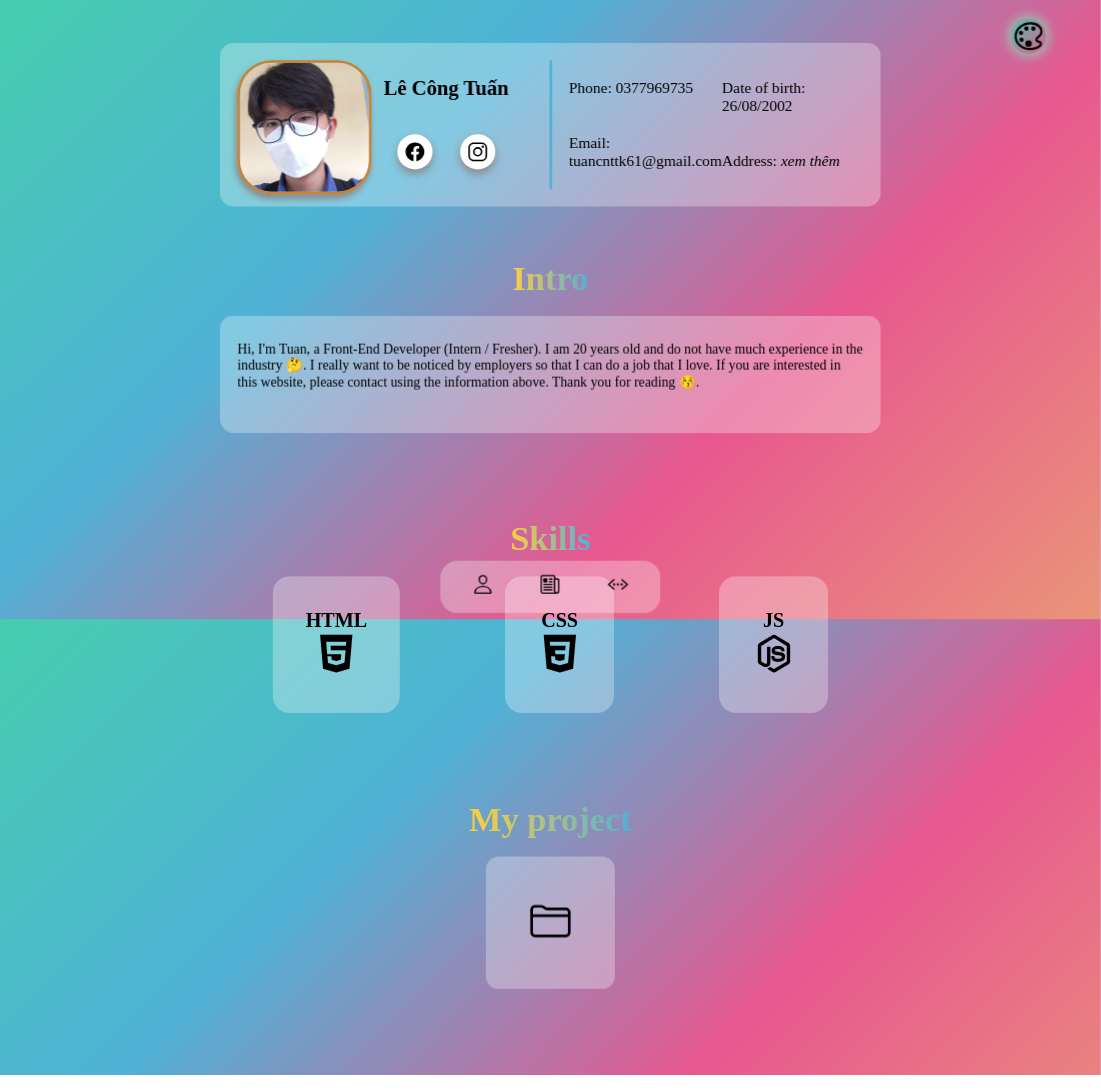
Repository: LeCongTuan2608/Profile
Page: index.html
An editor plug-in stored every save of this project. The page is shown before and after the next save, followed by the edit.
The browser window is 1280 px wide. The pictures show the whole page, at 86% of full size.
Backgrounds fixed to the window are drawn as part of the page. The style sheet was rebuilt from its Sass, Less or Tailwind sources for each picture, by a compiler version that may differ from the author's.

Above is the page before, as saved 2022-05-05 11:52:34.

### index.html
<!DOCTYPE html>
<html lang="en">
   <head>
      <meta charset="UTF-8" />
      <meta http-equiv="X-UA-Compatible" content="IE=edge" />
      <meta name="viewport" content="width=device-width, initial-scale=1.0" />

      <script type="module" src="https://unpkg.com/ionicons@5.5.2/dist/ionicons/ionicons.esm.js"></script>
      <script nomodule src="https://unpkg.com/ionicons@5.5.2/dist/ionicons/ionicons.js"></script>

      <link rel="preconnect" href="https://fonts.googleapis.com" />
      <link rel="preconnect" href="https://fonts.gstatic.com" crossorigin />
      <link href="https://fonts.googleapis.com/css2?family=Pacifico&display=swap" rel="stylesheet" />

      <link href="https://unpkg.com/aos@2.3.1/dist/aos.css" rel="stylesheet" />
      <script src="https://unpkg.com/aos@2.3.1/dist/aos.js"></script>

      <link rel="stylesheet" href="./sass/css/style.css" />
      <title>Profile</title>
   </head>
   <body>
      <div class="container">
         <div class="palette">
            <ion-icon name="color-palette-outline"></ion-icon>
            <div class="list-color">
               <ul>
                  <li class="bgr-color"></li>
                  <li class="bgr-color"></li>
                  <li class="bgr-color"></li>
               </ul>
            </div>
         </div>

         <div class="contents">
            <div data-aos="flip-left" data-aos-duration="1500">
               <div class="card-info">
                  <div class="personal-information">
                     <div class="image">
                        <div class="user-image">
                           <img src="./images/1.JPG" alt="" />
                        </div>
                        <div class="user-intro">
                           <h2>Lê Công Tuấn</h2>
                           <div class="user-intro-navigation">
                              <div class="navigation-fb">
                                 <a href="https://www.facebook.com/profile.php?id=100026041985048"
                                    ><ion-icon name="logo-facebook"></ion-icon
                                 ></a>
                                 <span>facebook</span>
                              </div>
                              <div class="navigation-ins">
                                 <a href="https://www.instagram.com/tuanle2608/"
                                    ><ion-icon name="logo-instagram"></ion-icon
                                 ></a>
                                 <span>instagram</span>
                              </div>
                           </div>
                        </div>
                     </div>
                     <div class="contact">
                        <div class="contact-info">
                           <span>Phone: 0377969735</span>
                           <span>Email: tuancnttk61@gmail.com</span>
                        </div>
                        <div class="contact-info">
                           <span>Date of birth: 26/08/2002</span>
                           <span>Address: <i id="see">xem thêm</i></span>
                        </div>
                     </div>
                  </div>
               </div>
            </div>
            <div class="card-intro">
               <div class="intro-yourself">
                  <div class="title">
                     <div data-aos="fade-up" data-aos-duration="1000">
                        <h1 class="title-h1">Intro</h1>
                     </div>
                  </div>
                  <div data-aos="flip-down" data-aos-duration="1000">
                     <div class="intro-content">
                        <p>
                           Hi, I'm Tuan, a Front-End Developer (Intern / Fresher). I am 20 years old and do not have
                           much experience in the industry 🤔. I really want to be noticed by employers so that I can do
                           a job that I love. If you are interested in this website, please contact using the
                           information above. Thank you for reading 😚.
                        </p>
                     </div>
                  </div>
               </div>

               <div class="my-skills">
                  <div class="title">
                     <div data-aos="fade-down" data-aos-easing="linear" data-aos-duration="300">
                        <h1 class="title-h1">Skills</h1>
                     </div>
                  </div>
                  <div class="skills-content">
                     <div class="list-skills">
                        <div data-aos="fade-right">
                           <h3>HTML</h3>
                           <ion-icon name="logo-html5"></ion-icon>
                        </div>

                        <div data-aos="fade-down">
                           <h3>CSS</h3>
                           <ion-icon name="logo-css3"></ion-icon>
                        </div>

                        <div data-aos="fade-left">
                           <h3>JS</h3>
                           <ion-icon name="logo-nodejs"></ion-icon>
                        </div>
                     </div>
                  </div>
               </div>

               <div class="my-project">
                  <div class="title">
                     <div data-aos="fade-up" data-aos-anchor-placement="bottom-bottom">
                        <h1 class="title-h1">My project</h1>
                     </div>
                  </div>
                  <div class="project-box">
                     <div data-aos="zoom-in">
                        <div class="box">
                           <ion-icon name="folder-outline"></ion-icon>
                        </div>
                     </div>
                  </div>
               </div>
            </div>
         </div>

         <div class="box-container">
            <div class="list-project">
               <div class="close">
                  <ion-icon name="close-circle-outline"></ion-icon>
               </div>

               <ul>
                  <li>
                     <a href="https://lecongtuan2608.github.io/Youtube/">https://lecongtuan2608.github.io/Youtube/</a>
                  </li>
                  <li><a href="https://lecongtuan2608.github.io/music/">https://lecongtuan2608.github.io/music/</a></li>
               </ul>
            </div>
         </div>
         <div class="toolbar">
            <div class="tollbar-list">
               <ul>
                  <li><ion-icon name="person-outline"></ion-icon></li>
                  <li><ion-icon name="newspaper-outline"></ion-icon></li>
                  <li><ion-icon name="code-working-outline"></ion-icon></li>
               </ul>
            </div>
         </div>
      </div>
   </body>
   <script>
      AOS.init();
   </script>
   <script src="./js/app.js"></script>
</html>

### js/app.js
const open_project = document.querySelector('.box');
const box_container = document.querySelector('.box-container');
const close_box = document.querySelector('.close');
const list_project = document.querySelector('.list-project');
open_project.addEventListener('click', function () {
   box_container.classList.add('open');
});
close_box.addEventListener('click', function () {
   box_container.classList.remove('open');
});
box_container.addEventListener('click', function () {
   box_container.classList.remove('open');
});
list_project.addEventListener('click', function (event) {
   event.stopPropagation();
});

const palette = document.querySelector('.palette');
var bgr_colors = document.querySelectorAll('.bgr-color');
const container = document.querySelector('.container');
const text_color = document.querySelector('.title-h1');
function bgr_change() {
   for (let i = 0; i < bgr_colors.length; i++) {
      bgr_colors[i].addEventListener('click', function () {
         bgr_colors = i;
         if (bgr_colors == 0) {
            container.classList.remove('bgr-color-2');
            container.classList.remove('bgr-color-3');
            container.classList.add('bgr-color-1');
         } else if (bgr_colors == 1) {
            container.classList.remove('bgr-color-3');
            container.classList.remove('bgr-color-1');

            text_color.classList.add('text-color');
            container.classList.add('bgr-color-2');
         } else if (bgr_colors == 2) {
            container.classList.remove('bgr-color-1');
            container.classList.remove('bgr-color-2');
            container.classList.add('bgr-color-3');
         }
      });
   }
}
bgr_change();

### sass/style.scss
*{
    margin: 0;
    padding: 0;
}
html{
    width: 100%;
    height: 100%;
    padding: 0;
    margin: 0;
    font-family: 'Fredoka One', cursive;

}
body{
    width: 100%;
    height: auto;

}
.container{
    padding-top: 50px;
    width: 100%;
    height: auto;
    position: relative;
    background-image: linear-gradient(-45deg, #ea9479, #e7588f, #4fb2d6, #46cdae);
    background-attachment: fixed;
}
.bgr-color-1{
    background-image: linear-gradient(90deg, #74EBD5 0%, #9FACE6 100%);
    background-attachment: fixed;
}
.bgr-color-2{
    background-image: linear-gradient(to right, #eea2a2 0%, #bbc1bf 19%, #57c6e1 42%, #b49fda 79%, #7ac5d8 100%);
    background-attachment: fixed;
}
.bgr-color-3{
    background-image: linear-gradient(to top, #88d3ce 0%, #6e45e2 100%);
    background-attachment: fixed;
}
.palette{
    position: fixed;
    top: 3%;
    right: 5%;
    font-size: 40px;
}
.list-color ul{
    position: absolute;
}
.palette:hover ul li{
    display: block;
}
// chọn màu bgr
.list-color ul li:first-child{
    margin-bottom: 10px;
    background-image: linear-gradient(90deg, #74EBD5 0%, #9FACE6 100%);
}
.list-color ul li:nth-of-type(2){
    margin-bottom: 10px;
    background-image: linear-gradient(to right, #eea2a2 0%, #bbc1bf 19%, #57c6e1 42%, #b49fda 79%, #7ac5d8 100%);
}
.list-color ul li:last-child{
    background-image: linear-gradient(to top, #88d3ce 0%, #6e45e2 100%);

}

.list-color ul li{
    list-style-type: none;
    display: none;
    width: 40px;
    height: 40px;
    border-radius: 100rem;
    box-shadow: #3d3d3d -1px 2px 5px 2px;

}
.toolbar{
    width:  20%;
    border-radius: 20px;
    position: fixed;
    font-size: 25px;
    left: 50%;
    transform: translateX(-50%);
    bottom: 1%;
    background-color: rgba($color: white, $alpha: 0.3);
}
.tollbar-list{
    padding: 10px;
}
.toolbar ul{
    display: flex;
    justify-content: space-around;
}
.toolbar ul li {
    list-style-type: none;
    display: inline;
    border-radius: 100rem;
    cursor: pointer;
}
.toolbar ul li ion-icon{
    padding: 5px;
}
.toolbar ul li:hover {
background-color: #a5e296;
}
.palette ion-icon{
    background-image: linear-gradient(-45deg, #e7588f,#46cdae);
    border-radius: 100rem;
    box-shadow: #a9a9a9 0px 0px 10px 6px;
    cursor: pointer;
}
.contents{
    width: 100%;
    display: flex;
    flex-wrap: wrap;
    align-content: center;
    flex-direction: column;
}
.contents > div{
    width: 60%;
}
.card-info{
    background-color: rgba($color: white, $alpha: 0.3);
    border-radius: 15px;
}
.personal-information{
    padding: 20px;
    display: flex;

}
.image{
    display: flex;
    flex: 1;
    border-right: 3px solid;
    border-color:#4fb2d6;
    padding-right: 20px;
}
.user-image{
    width: 150px;
    height: 150px;
    // border: 3px solid;
    // border-image-source: linear-gradient(to top, #f64f59, #9634c8);
    // border-image-slice :1;
}
.user-image img{
    width: 100%;
    height: 100%;
    object-fit: cover;
    border-radius: 40px;
    border: solid;
    border-color: #cd802e;
    box-shadow: rgb(137, 137, 137) -2px 5px 7px 0px;


}
.user-intro{
    display: flex;
    margin-left: 20px;
    flex-direction: column;
    justify-content: space-around;
}
.user-intro-navigation{
    display: flex;
    justify-content: space-around;
}
.user-intro-navigation a{
    color: black;
    text-decoration: none;
}
.user-intro-navigation a > ion-icon{
    font-size: 25px;
    border-radius: 100rem;
    padding: 8px;
    background-color: white;
    box-shadow: rgb(137, 137, 137) 0px 5px 10px 0px;
}
.navigation-fb{
    position: relative;
}
.navigation-fb span{
    display: none;
}
.navigation-fb a > ion-icon:hover{
    background-color: rgb(153, 159, 248);
}
.navigation-fb:hover span{
    position: absolute;
    display: block;
    background-color: rgb(153, 159, 248);
    border-radius: 40px;
    padding: 5px;
    font-size: 18px;
    top: -95%;
    left: -50%;
    font-weight: 700;
    animation: intro ease 0.5s;
    z-index: 2;
}
.navigation-fb:hover::after{
    position: absolute;
    content: "";
    width: 13px;
    height: 13px;
    background-color: rgb(153, 159, 248);
    clip-path: polygon(50% 100%, 0 0, 100% 0);
    top: -25%;
    left: 30%;
    animation: intro ease 0.5s;
    z-index: 1;
}


.navigation-ins{
    position: relative;
}
.navigation-ins span{
    display: none;
}
.navigation-ins a > ion-icon:hover{
    background-color: rgb(64, 173, 177);
}
.navigation-ins:hover span{
    position: absolute;
    display: block;
    background-color: rgb(64, 173, 177);
    border-radius: 40px;
    padding: 5px;
    font-size: 18px;
    top: -95%;
    left: -50%;
    font-weight: 700;
    animation: intro ease 0.5s;
    z-index: 2;
}
.navigation-ins:hover::after{
    position: absolute;
    content: "";
    width: 13px;
    height: 13px;
    background-color: rgb(64, 173, 177);
    clip-path: polygon(50% 100%, 0 0, 100% 0);
    top: -25%;
    left: 30%;
    animation: intro ease 0.5s;
    z-index: 1;
}
.contact{
    flex: 1;
    display: flex;
    padding-left: 20px;
}
.contact-info{
    flex: 1;
    display: flex;
    flex-direction: column;
    justify-content: space-around;
}
.contact-info span{
    font-size: 18px;
    overflow: hidden;
}

.card-intro{
    margin-top: 30px;
    width: 60%;

}
.intro-yourself{
    margin: 30px 0 100px 0;
}
.title{
    text-align: center;
    margin-bottom: 20px;
    font-size: 20px;
}
.title .title-h1{
    display: inline-block;
    background-image: linear-gradient( to right,#ffce3d, #4fb2d6);
    color: transparent;
    -webkit-background-clip: text;
    background-clip: text;
}
// đổi màu text
.text-color{
    background-image: linear-gradient(-225deg, #A445B2 0%, #D41872 52%, #FF0066 100%) !important;
}
.intro-content{
    padding: 30px 20px 50px 20px;
    background-color: rgba($color: white, $alpha: 0.3);
    border-radius: 15px;
}

.my-skills {
    margin: 30px 0 100px 0;
}
.skills-content .list-skills{
    display: flex;
    justify-content: space-around;
}
.skills-content .list-skills div{
    padding: 5%;
    border-radius: 20px;
    background-color: rgba(255, 255, 255, 0.3);
    list-style-type: none;
    display: inline;
    text-align: center;
    font-size: 20px;
}

.skills-content .list-skills div ion-icon{
    font-size: 50px;
}
.my-project{
    margin: 30px 0 100px 0;

}
.project-box{
    display: flex;
    justify-content: center;
}
.box{
    background-color: rgba($color: white, $alpha: 0.3);
    border-radius: 15px;
    text-align: center;
    cursor: pointer;
}
.box:hover{
    transition-duration: 0.5s;
    transform: scale(1.1, 1.1);
    box-shadow: rgba(130, 130, 130, 0.773) 0px 1px 5px 2px;
}
.box > ion-icon{
    font-size: 50px;
    padding: 50px;
}
.box-container{
    position: fixed;
    top:0;
    left: 0;
    right: 0;
    bottom: 0;
    background-color: rgba( rgb(186, 186, 186), 0.5);
    display: none;
}
.open{
    display: block;
}
.list-project{
    position: absolute;
    left: 30%;
    right: 30%;
    top: 50%;
    transform: translateY(-50%);
    border-radius: 15px;
    background-color: white;
    box-shadow: rgb(137, 137, 137) 0px 5px 10px 0px;
    text-align: center;
    animation: intro ease 1s;

}
.close{
    position: absolute;
    width: 30px;
    height: 30px;
    right: 2%;
    top: 2%;
    font-size: 25px;
    cursor: pointer;
}
.list-project ion-icon:hover{
    color: red;
    border-radius: 100rem;

}
.list-project ul{
    padding: 50px 10px 30px 10px;
}
.list-project ul li{
    list-style-type: none;
}
.list-project ul li a{
    text-decoration: none;
    color: black;
}
.list-project ul li a:hover{
    color: rgb(53, 138, 213);
}
@keyframes intro{
    from {
        transform: translateY((100%));
    }
    to{
        transform: translateY((-50%));
    }
}

After the next save:
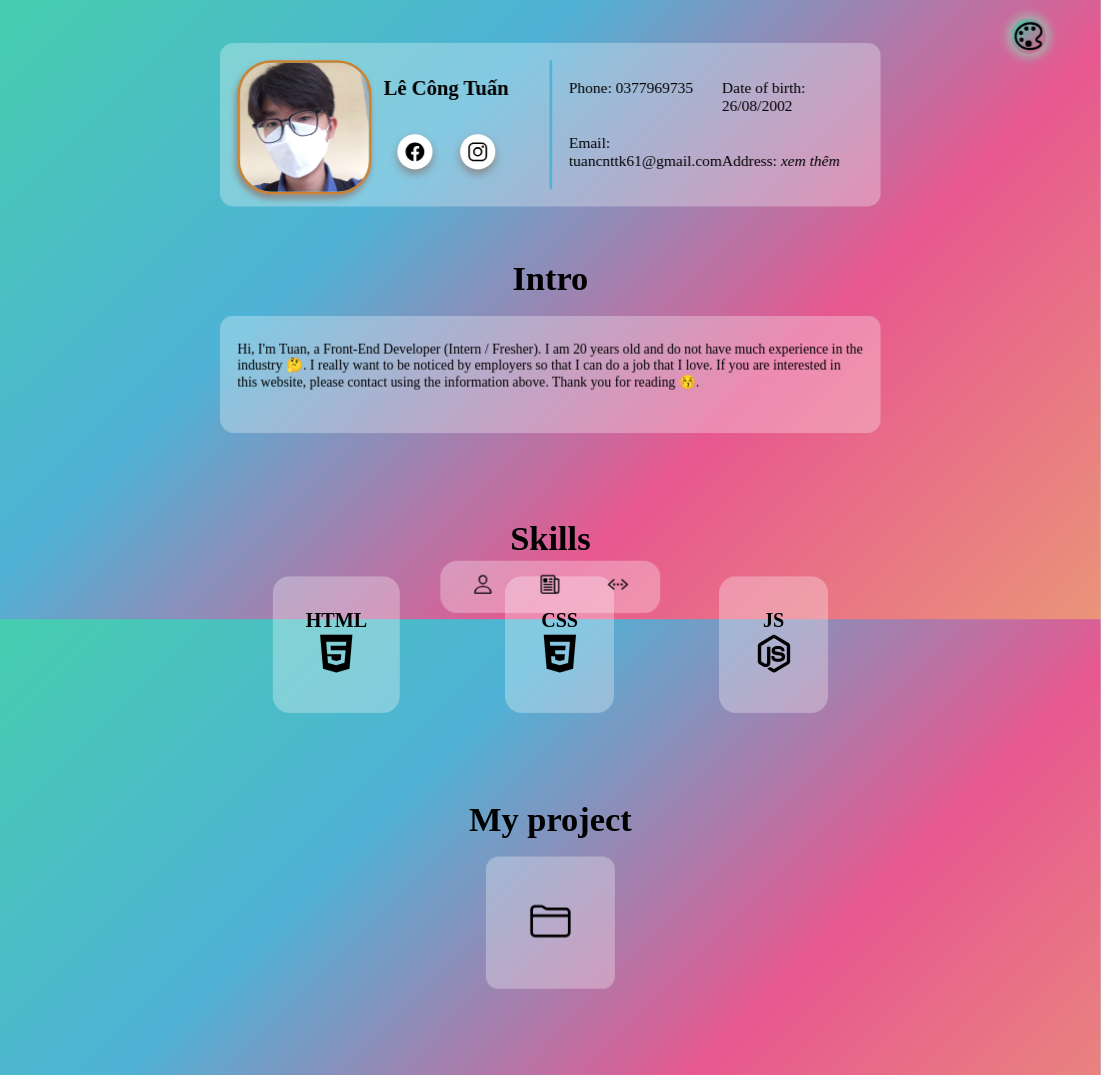
Saved 36 s later.
--- a/index.html
+++ b/index.html
@@ -74,7 +74,7 @@
                <div class="intro-yourself">
                   <div class="title">
                      <div data-aos="fade-up" data-aos-duration="1000">
-                        <h1 class="title-h1">Intro</h1>
+                        <h1>Intro</h1>
                      </div>
                   </div>
                   <div data-aos="flip-down" data-aos-duration="1000">
@@ -92,7 +92,7 @@
                <div class="my-skills">
                   <div class="title">
                      <div data-aos="fade-down" data-aos-easing="linear" data-aos-duration="300">
-                        <h1 class="title-h1">Skills</h1>
+                        <h1>Skills</h1>
                      </div>
                   </div>
                   <div class="skills-content">
@@ -118,7 +118,7 @@
                <div class="my-project">
                   <div class="title">
                      <div data-aos="fade-up" data-aos-anchor-placement="bottom-bottom">
-                        <h1 class="title-h1">My project</h1>
+                        <h1>My project</h1>
                      </div>
                   </div>
                   <div class="project-box">

After the save that followed:
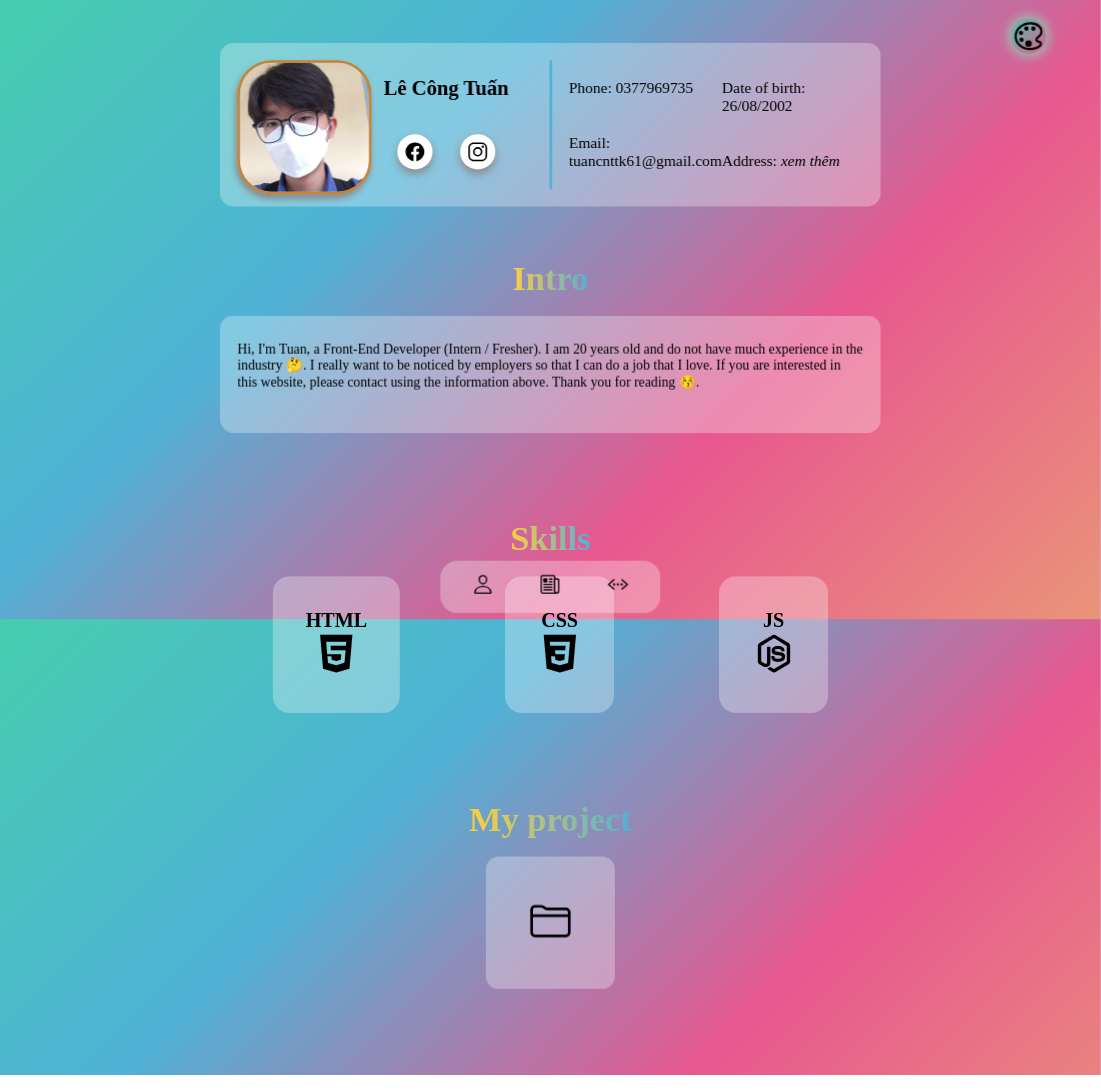
Saved 6 s later.
--- a/sass/style.scss
+++ b/sass/style.scss
@@ -269,7 +269,7 @@ background-color: #a5e296;
     margin-bottom: 20px;
     font-size: 20px;
 }
-.title .title-h1{
+.title h1{
     display: inline-block;
     background-image: linear-gradient( to right,#ffce3d, #4fb2d6);
     color: transparent;
